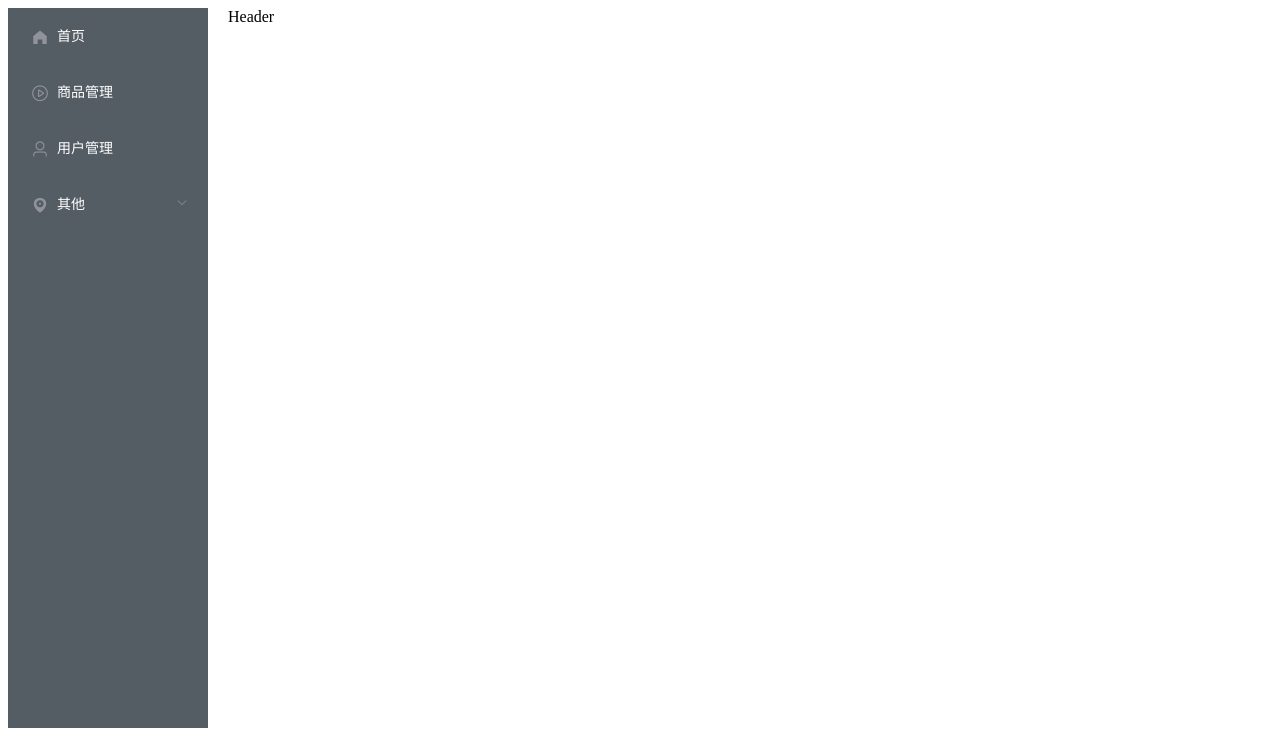
Repository: Francis200214/my-app
Page: /
The author's editor kept a copy of each file at every save. The page is drawn from the files as they stood at one save, then again after the next save.
The browser window is 1280 px wide. The pictures show the whole page.
The project was rebuilt for these pictures with package versions that can differ from the ones it lists, and the page was loaded fresh each time. Also part of the build but not shown: vue.config.js, src/views/Home.vue, src/views/User.vue.

Above is the page before, as saved 2023-05-20 16:28:19.

After the next save:
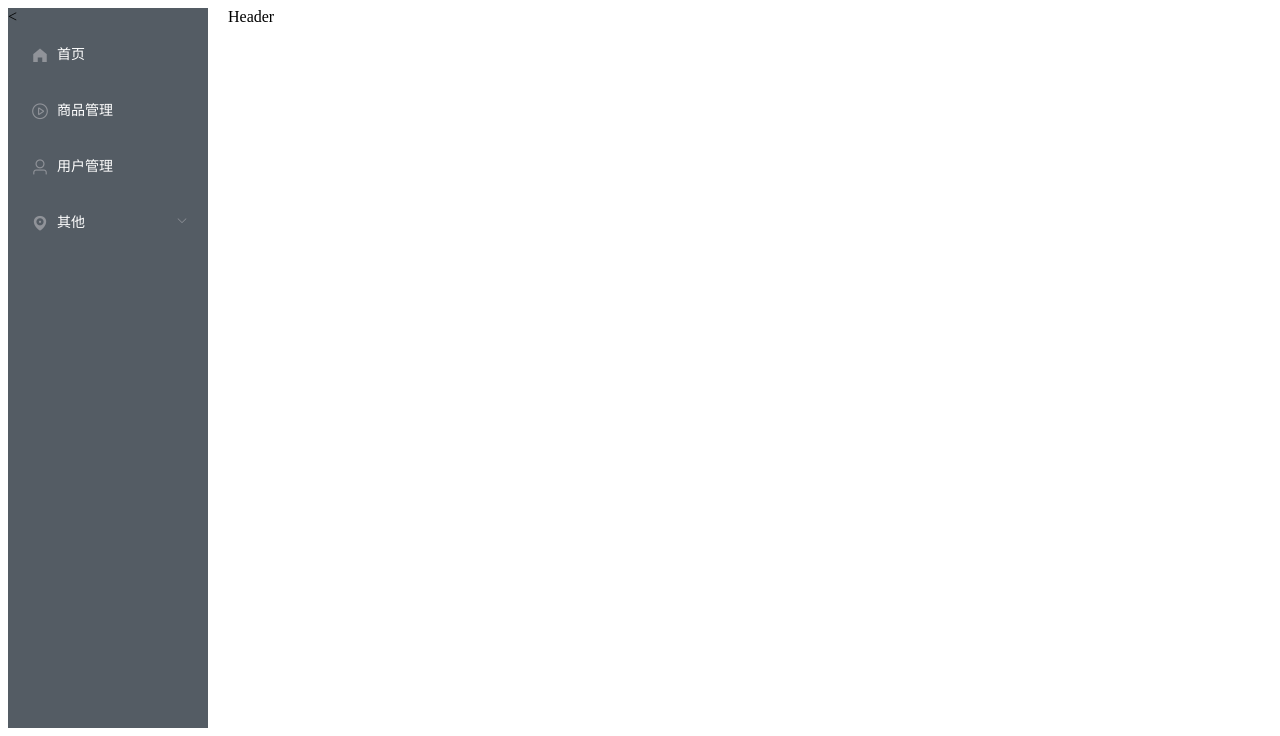
Saved 31 s later.
--- a/src/components/CommonAside.vue
+++ b/src/components/CommonAside.vue
@@ -2,6 +2,9 @@
     <div>
         <el-menu default-active="1-4-1" class="el-menu-vertical-demo" @open="handleOpen" @close="handleClose"
             :collapse="isCollapse" background-color="#545c64" text-color="#fff" active-text-color="#ffd04b">
+
+            <
+
             <el-menu-item v-for="item in noChildren" :key="item.name" :index="item.name">
                 <i :class="`el-icon-${item.icon}`"></i>
                 <span slot="title">{{ item.label }}</span>
